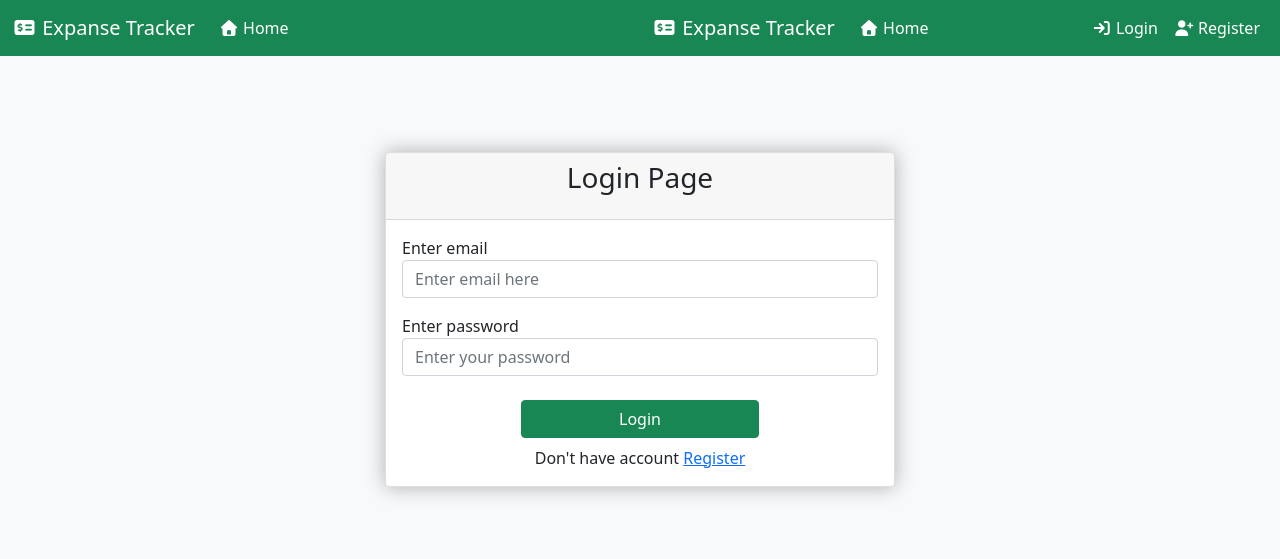
Repository: Hashim-Ansari-82/Java_Project
Page: http://localhost/Online_Expanse_Tracker/login.jsp
The author's editor kept a copy of each file at every save. The page is drawn from the files as they stood at one save, then again after the next save.
The browser window is 1280 px wide. The pictures show the whole page.
Some web libraries are served in a nearby version. The page is served by Tomcat 9.

Above is the page before, as saved 2026-05-26 09:45:47.

After the next save:
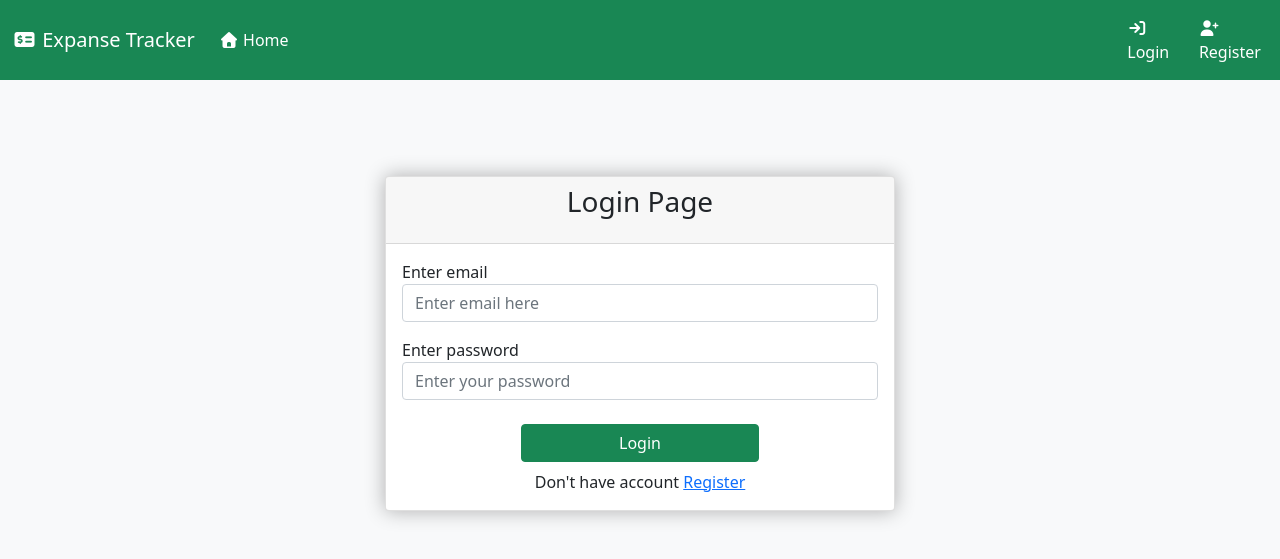
Saved 22 s later.
--- a/Online_Expanse_Tracker/src/main/webapp/component/navbar.jsp
+++ b/Online_Expanse_Tracker/src/main/webapp/component/navbar.jsp
@@ -21,7 +21,7 @@
 				</ul>
 			</div>
 			</div>
-
+				<c:if test="${not empty loginUser}">
 	<div class="container-fluid">
 		<a class="navbar-brand" href="index.jsp" href="index.jsp"><i
 			class="fa-solid fa-money-check-dollar"></i> Expanse Tracker</a>
@@ -38,7 +38,6 @@
 					aria-current="page" href="index.jsp" href="index.jsp"> <i
 						class="fa-solid fa-house"></i> Home
 				</a></li>
-				<c:if test="${not empty loginUser}">
 					<ul class="navbar-nav ms-auto mb-2 mb-lg-0">
 						<li class="nav-item"><a class="nav-link active"
 							href="add_expense.jsp"> <i class="fa-solid fa-circle-plus"></i>
